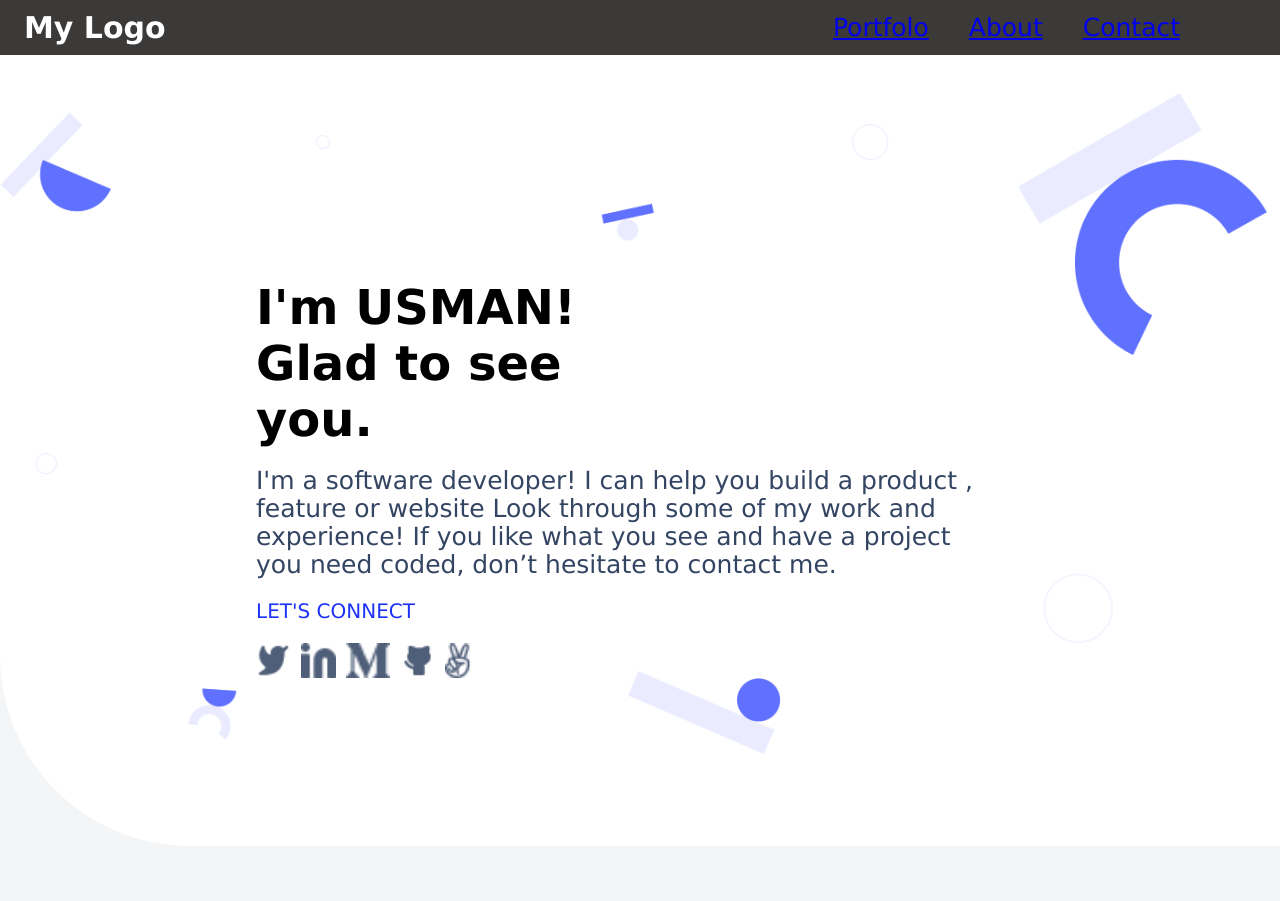
Repository: usman3123/portfolio-template-3
Page: portfolio.html
An editor plug-in stored every save of this project. The page is shown before and after the next save, followed by the edit.
The browser window is 1280 px wide. The pictures show the whole page.
Some web libraries are served in a nearby version.

Above is the page before, as saved 2025-01-24 22:59:48.

After the next save:
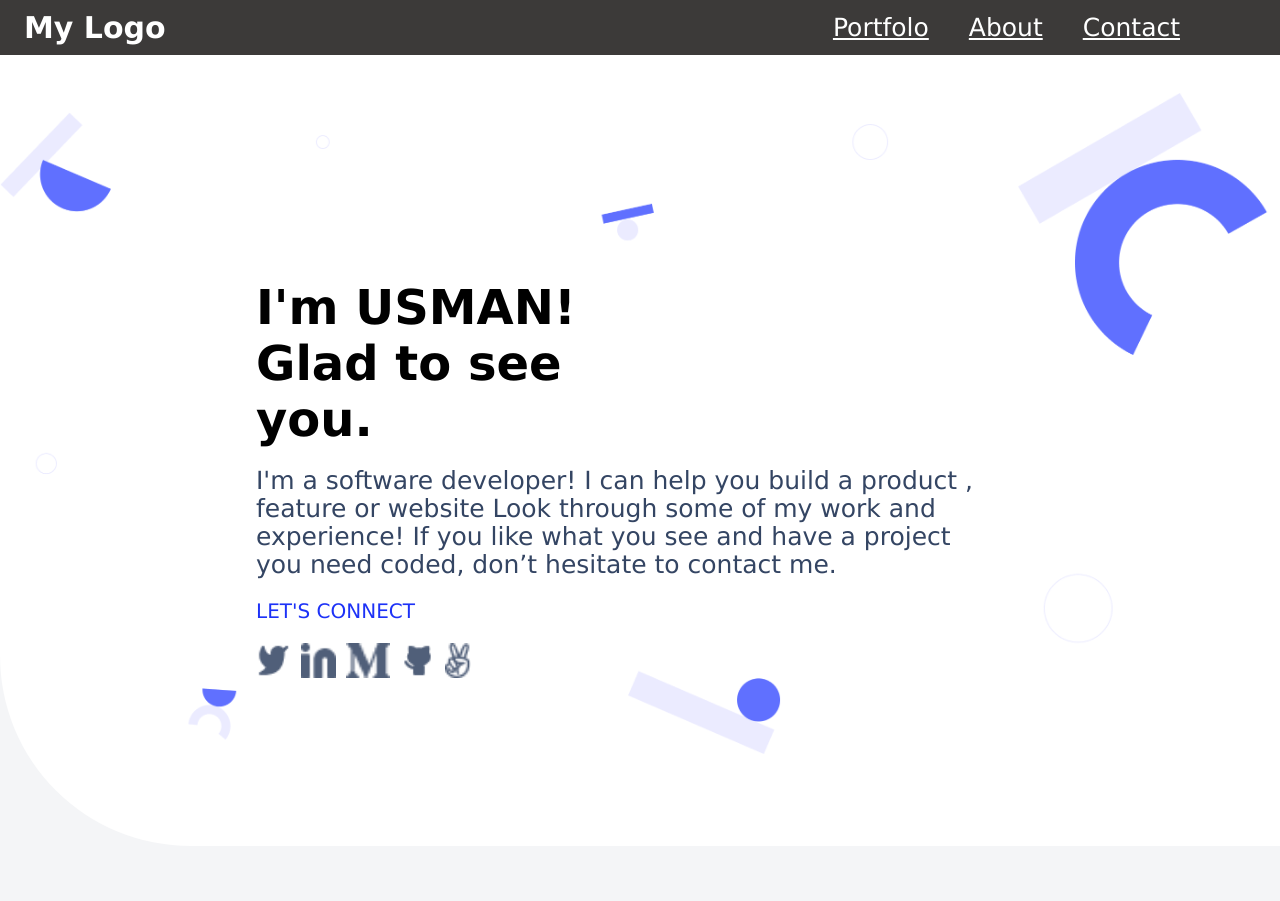
Saved 26 s later.
--- a/style.css
+++ b/style.css
@@ -97,7 +97,9 @@ body {
 .enable {
     color: blue;
 }
-
+.link {
+    color: white;
+}
 
 
 @media (max-width : 1100px) {
